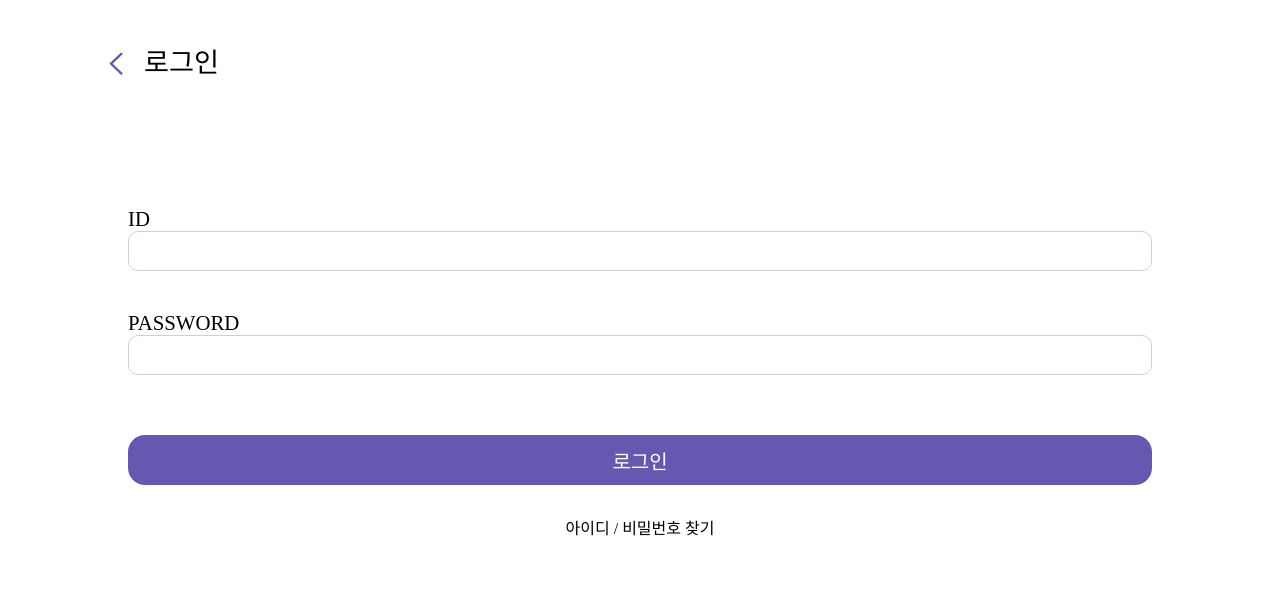
Repository: PEPI-dev/UI
Page: login/login.html
The author's editor kept a copy of each file at every save. The page is drawn from the files as they stood at one save, then again after the next save.
The browser window is 1280 px wide. The pictures show the whole page.
Some web fonts or font styles are not loaded; a fallback is used.

Above is the page before, as saved 2023-12-05 16:43:24.

After the next save:
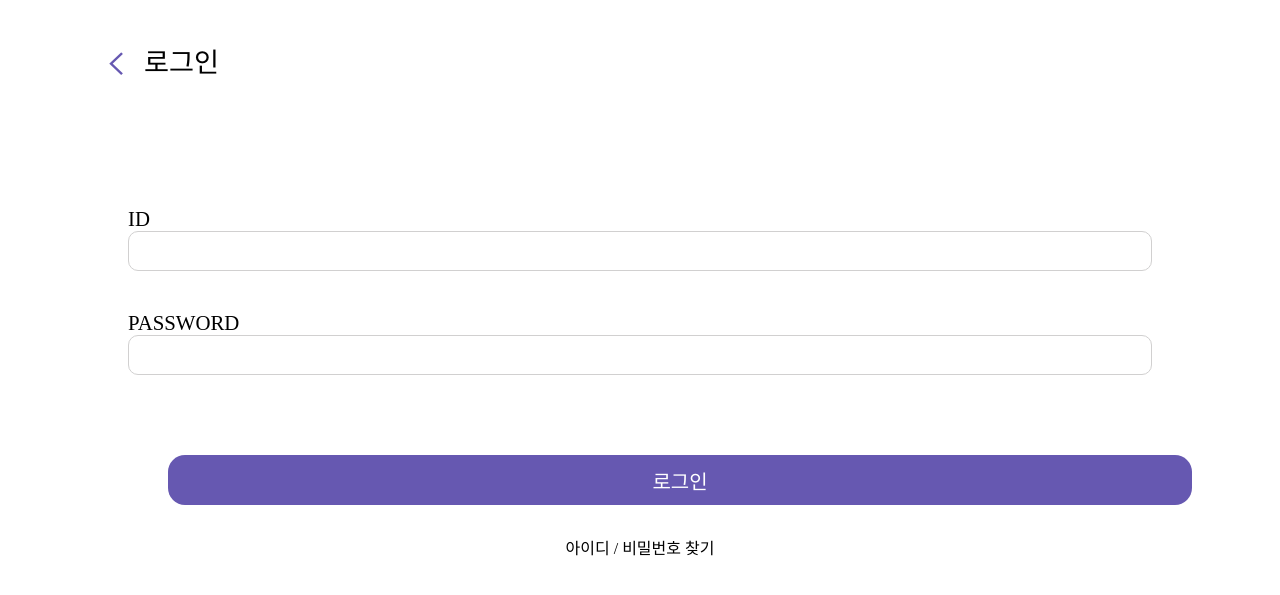
Saved 8 s later.
--- a/login/login.css
+++ b/login/login.css
@@ -4,8 +4,8 @@
 
 .button{
     width: 100%;
-    /* margin-top: 70px;
-    margin-left: 40px; */
+    margin-top: 70px;
+    margin-left: 40px;
 }
 
 .input_form{
